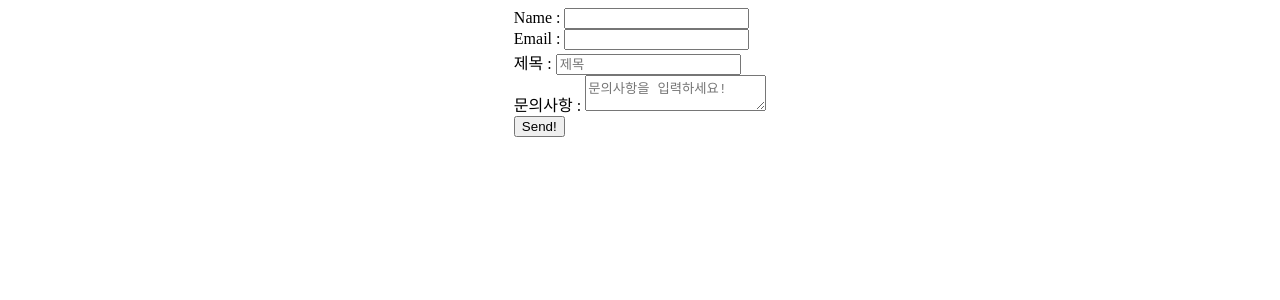
Repository: leeboseok/proposal-board
Page: http://localhost/ProposalSys/admincontact.jsp
The author's editor kept a copy of each file at every save. The page is drawn from the files as they stood at one save, then again after the next save.
The browser window is 1280 px wide. The pictures show the whole page.
The page is served by Tomcat 9.

Above is the page before, as saved 2024-07-27 05:44:37.

After the next save:
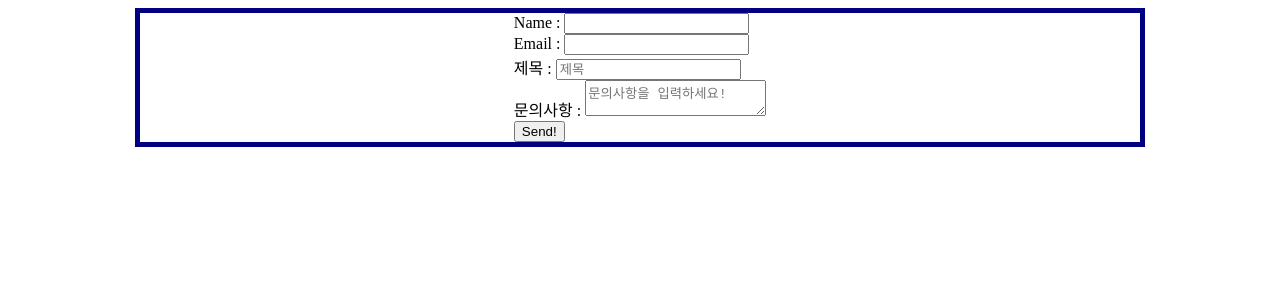
Saved 55 s later.
--- a/ProposalSys/src/main/webapp/admincontact.jsp
+++ b/ProposalSys/src/main/webapp/admincontact.jsp
@@ -6,6 +6,11 @@
 		<meta charset="UTF-8">
 		<title>관리자 컨택</title>
 		<style>
+			#wrap{
+				margin: 0 auto;
+				width: 1000px;
+				border: 5px solid navy;
+			}
 			.form {width: 100%; display: flex; justify-content:center; }
 		</style>
 	</head>
